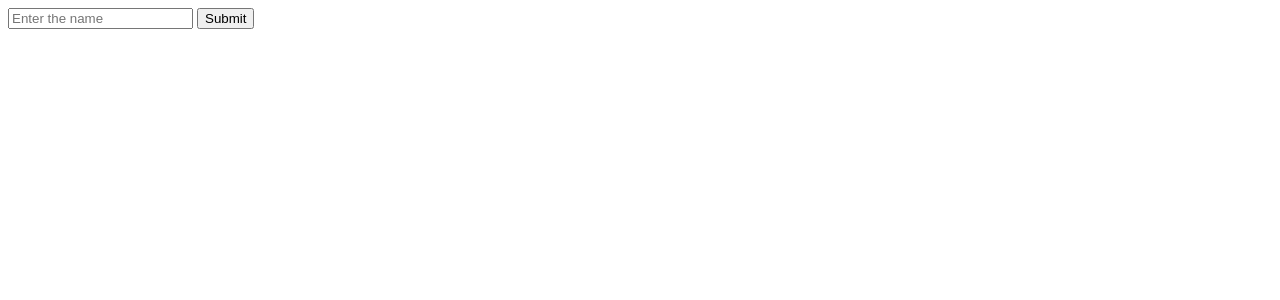
Repository: RathanGP/Spring
Page: http://localhost/SpringMvc_Demo/
The author's editor kept a copy of each file at every save. The page is drawn from the files as they stood at one save, then again after the next save.
The browser window is 1280 px wide. The pictures show the whole page.
The page is served by Tomcat 9. Other server files are loaded and not shown.

Above is the page before, as saved 2024-08-14 10:41:56.

### SpringMvc_Demo/src/main/webapp/index.jsp
<%@ page language="java" contentType="text/html; charset=UTF-8"
    pageEncoding="UTF-8"%>
<!DOCTYPE html>
<html>
<head>
<meta charset="UTF-8">
<title>Insert title here</title>
</head>
<body>
	<form action="example">
		<input placeholder="Enter the name" name="n">
		<input type="submit">
	</form>

</body>
</html>

After the next save:
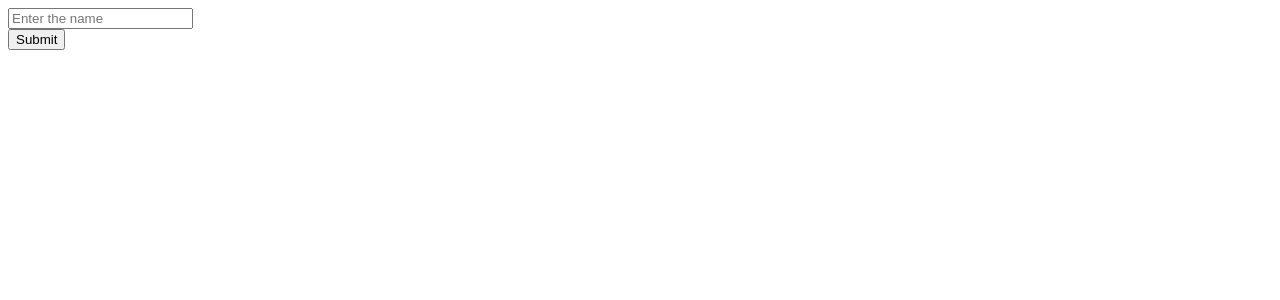
Saved 32 s later.
--- a/SpringMvc_Demo/src/main/webapp/index.jsp
+++ b/SpringMvc_Demo/src/main/webapp/index.jsp
@@ -8,7 +8,7 @@
 </head>
 <body>
 	<form action="example">
-		<input placeholder="Enter the name" name="n">
+		<input placeholder="Enter the name" name="n"> <br>
 		<input type="submit">
 	</form>
 
